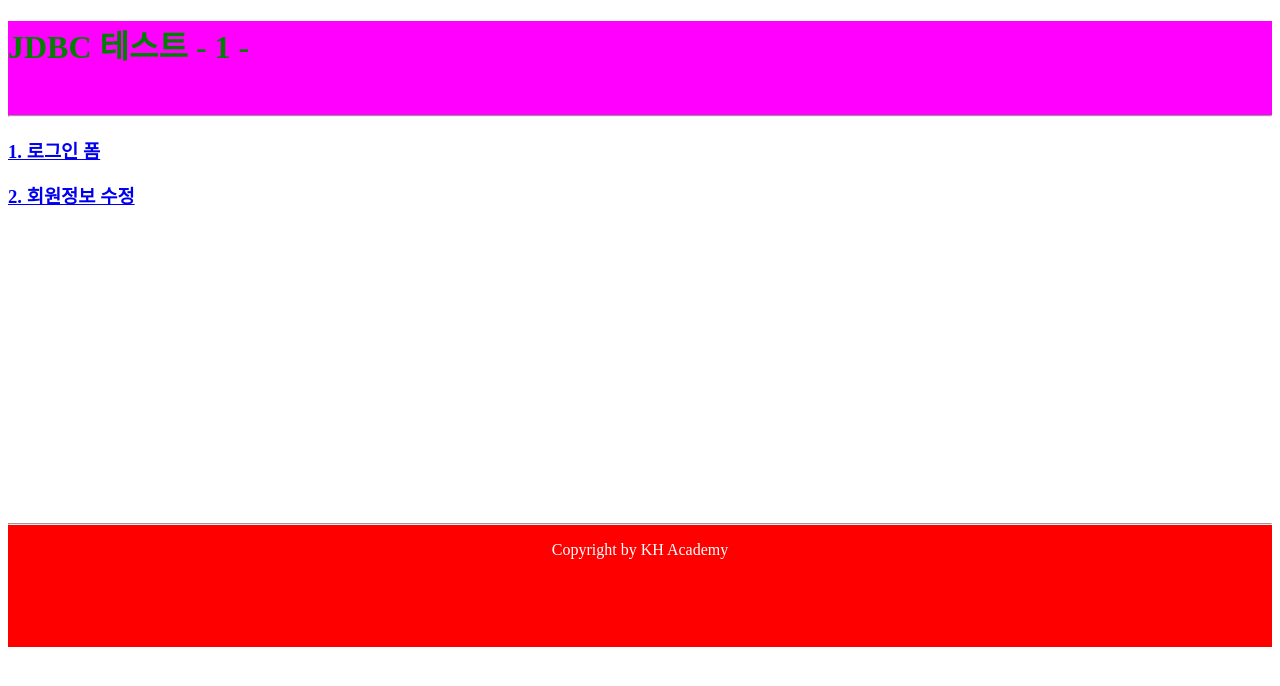
Repository: steeveelee2/WEB_Study
Page: http://localhost/JDBC1Project/
These files come from the project's save history. The page is drawn as it stood at one moment and after the next save; the edit follows.
The browser window is 1280 px wide. The pictures show the whole page.
The page is served by Tomcat 9.

Above is the page before, as saved 2018-10-18 01:25:29.

After the next save:
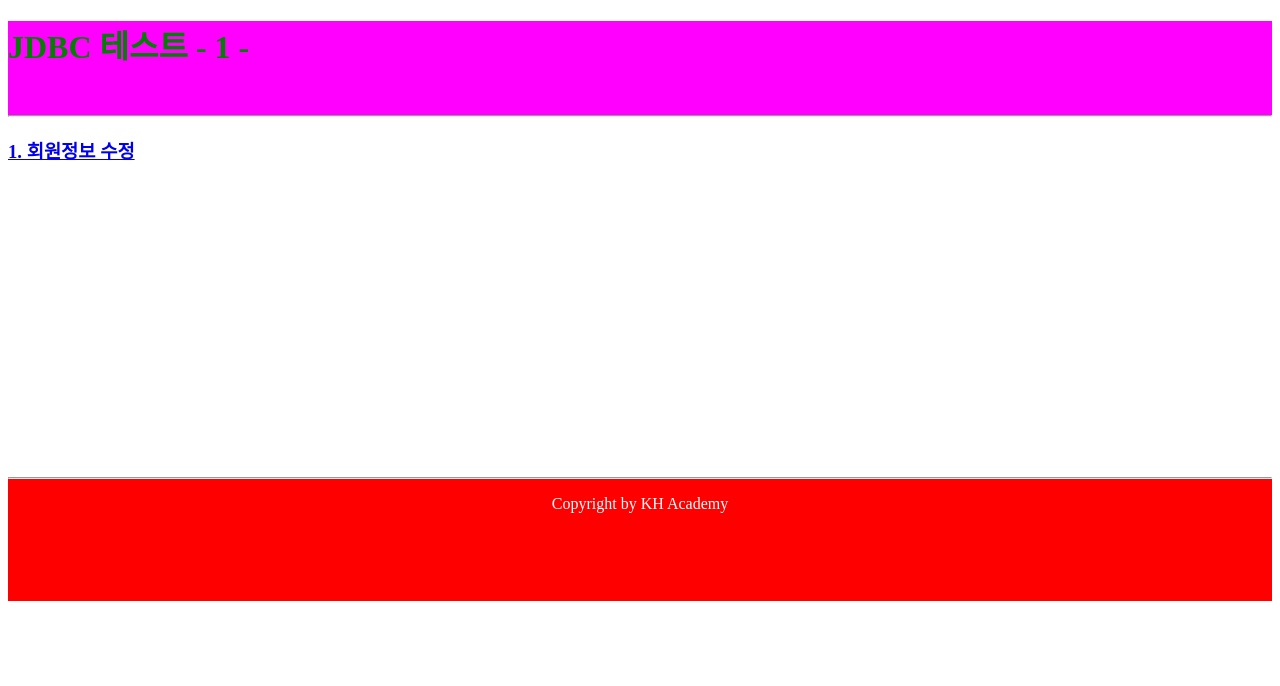
Saved 18 s later.
--- a/webWorkspace/JDBC1Project/web/index.jsp
+++ b/webWorkspace/JDBC1Project/web/index.jsp
@@ -26,11 +26,7 @@
 	<%} else{%>
 
 	<h3>
-		<a href="views/loginForm.jsp">1. 로그인 폼</a>
-	</h3>
-
-	<h3>
-		<a href="views/member/memberUpdateForm">2. 회원정보 수정</a>
+		<a href="views/member/memberUpdateForm">1. 회원정보 수정</a>
 	</h3>
 
 	<%} %>

After the save that followed:
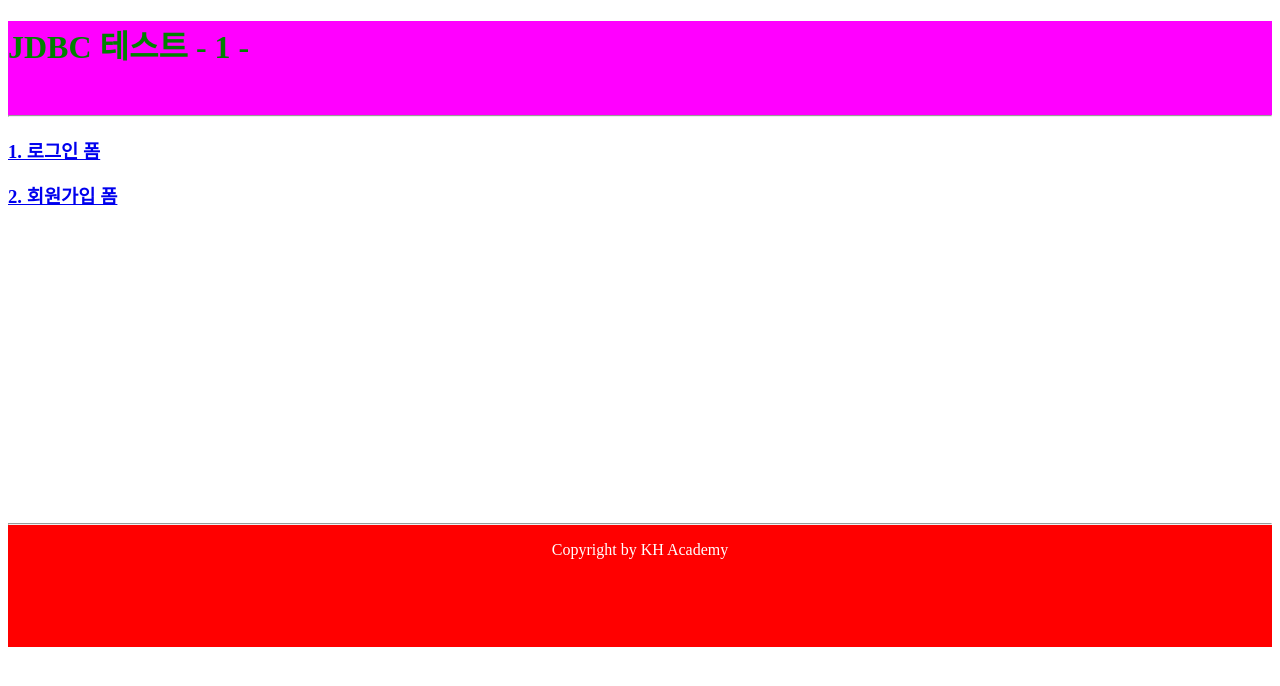
Saved 53 s later.
--- a/webWorkspace/JDBC1Project/web/index.jsp
+++ b/webWorkspace/JDBC1Project/web/index.jsp
@@ -13,7 +13,7 @@
 <body>
 	<%@ include file="views/common/header.jsp" %>
 
-	<%if(m!=null){ %>
+	<%if(m==null){ %>
 
 	<h3>
 		<a href="views/loginForm.jsp">1. 로그인 폼</a>
